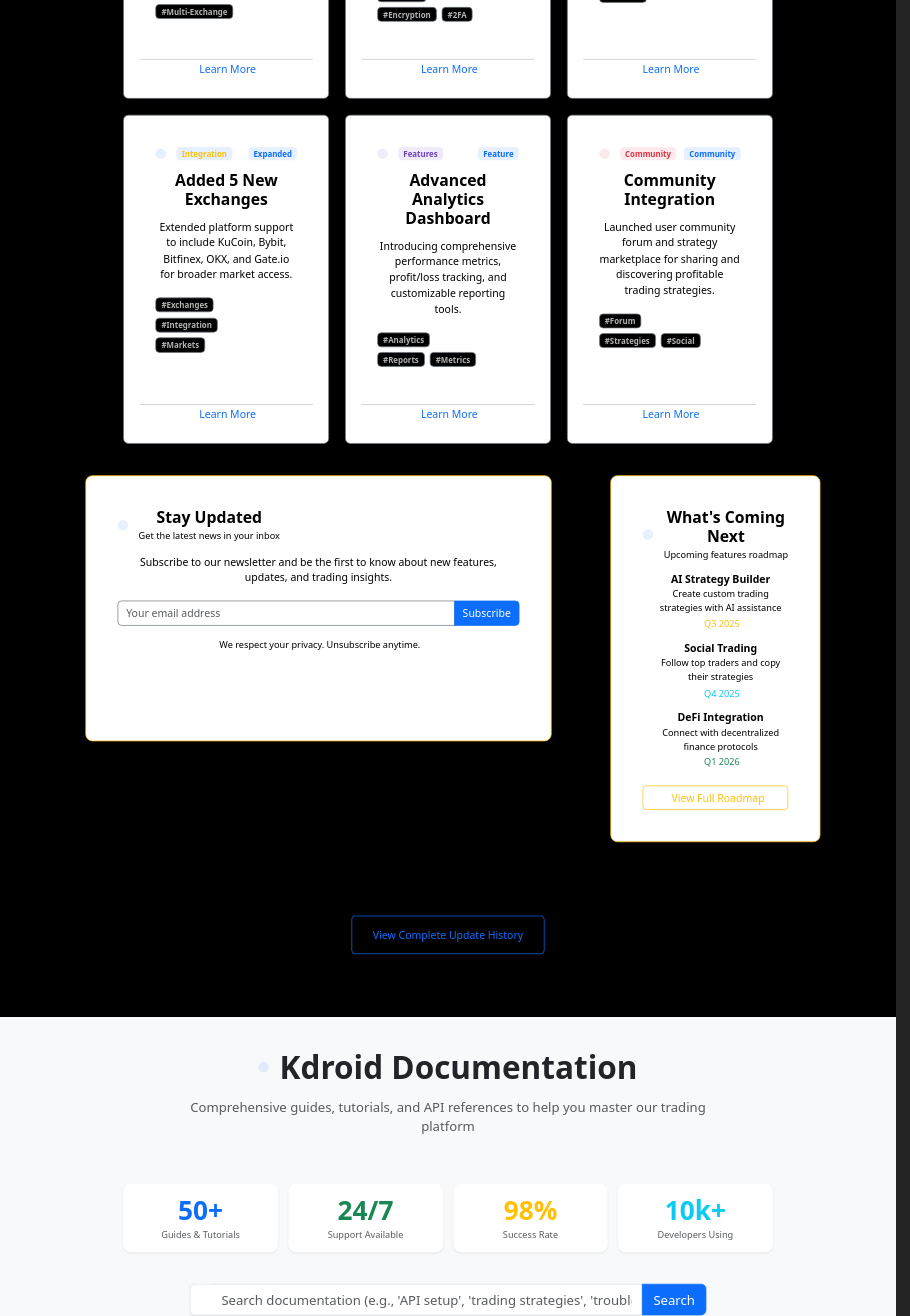
Repository: Kevin-Pro-Codes/halo-trading
Page: /
These files come from the project's save history. The page is drawn as it stood at one moment and after a run of saves; the edit follows.
The browser window is 1280 px wide. The page is 1300 px wide, so the pictures cover 1300 px, including what lies to the right of the window. The pictures show the part of the page from y = 3910 to 5790 px (the page is 19648 px tall), at 70% of full size.
The page's requests for data from a server got no answer. The project was rebuilt for these pictures with package versions that can differ from the ones it lists, and the page was loaded fresh each time. Some packages were replaced by stand-ins written for this rebuild. No one was signed in, and anything a server would have sent is missing. Also part of the build but not shown: vite.config.js, src/styles/DocStyle.css, src/styles/PricingStyle.css.

Above is the page before, as saved 2025-12-09 21:06:52.

After the next 2 saves:
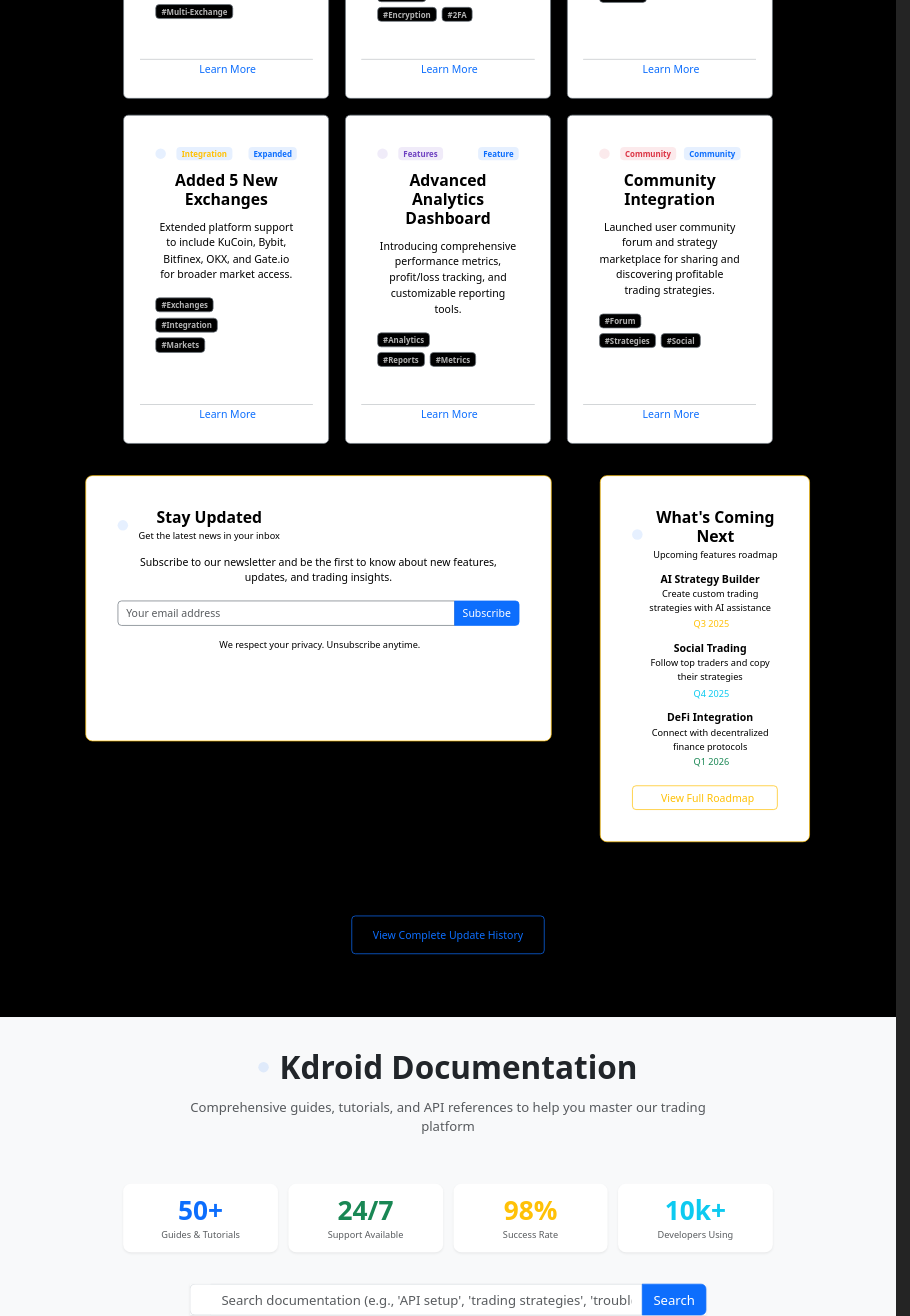
The 2 saves are shown as one change because they came seconds apart.
The last was saved 23 s later.
--- a/src/components/LatestSection.jsx
+++ b/src/components/LatestSection.jsx
@@ -265,7 +265,7 @@ const LatestSection = () => {
     }}>
       <div className="card border-warning bg-white" style={{
         minHeight: '380px',
-         marginLeft: '72px',
+         marginLeft: '57px',
         borderRadius: '10px'
       }}>
         <div className="card-body p-4">
